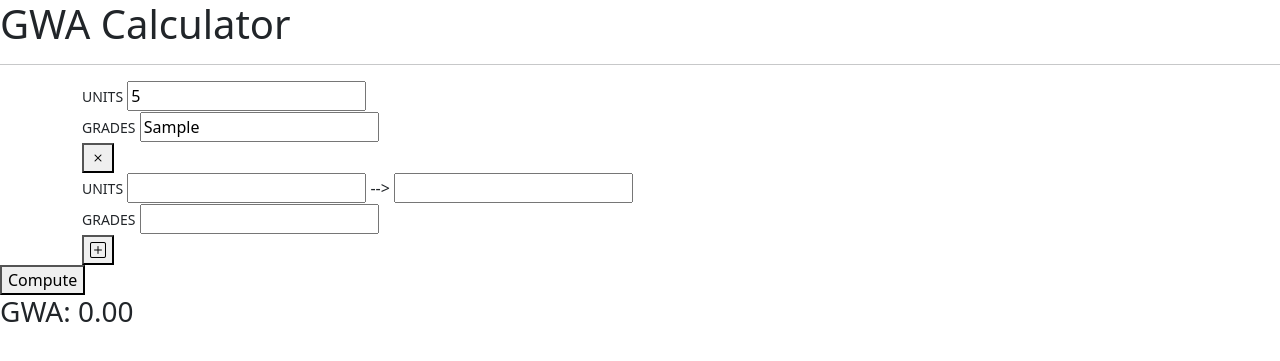
Repository: yonora/GWACalculator
Page: index.html
These files come from the project's save history. The page is drawn as it stood at one moment and after the next save; the edit follows.
The browser window is 1280 px wide. The pictures show the whole page.
Empty fields were first filled with sample values (such as "Sample", 5 or name@example.com).
After loading, the first visible `button.col-auto` was clicked once.

Above is the page before, as saved 2025-01-07 22:23:12.

### index.html
<!DOCTYPE html>
<html lang="en">
<head>
    <meta charset="UTF-8">
    <meta name="viewport" content="width=device-width, initial-scale=1.0">
    <link rel="stylesheet" href="https://cdn.jsdelivr.net/npm/bootstrap@5.3.3/dist/css/bootstrap.min.css">
    <link rel="stylesheet" href="https://cdn.jsdelivr.net/npm/bootstrap-icons@1.11.3/font/bootstrap-icons.min.css">
    <script src="js.js"></script>
    <title>GWA Calculator</title>
</head>
<body>
    <h1>GWA Calculator</h1>
    <hr>
    <div class="container" id="container">
        <div class="grade-container" id="1">
            <div class="col-auto">
                <label class="col-form-label-sm">UNITS</label>
                <!-- <input type="number" class="col-form-control units"  min="1" oninput="getGWA()">  -->
                <input type="number" class="col-form-control units"  min="1">
            </div>
            <div class="col-auto">
                <label class="col-form-label-sm">GRADES</label>
                <!-- <input type="text" class="col-form-control grades" oninput="getGWA()"> -->
                <input type="text" class="col-form-control grades">
            </div>
            <button class="col-auto add" onclick="add()"><i class="bi bi-plus-square"></i></button>
        </div>
    </div>
    <button class="col-auto compute" onclick="getGWA()">Compute</button>
    <h3>GWA: <span id="gwa">0.00</span></h3>
</body>
</html>

### js.js
function add(){
    const container = document.getElementById('container');
    var lastIndex = document.querySelectorAll('.grade-container');
    console.log(`legth: ${lastIndex.length}`);
    lastIndex = lastIndex[lastIndex.length - 1];
    lastIndex = parseFloat(lastIndex.id);
    lastIndex++;
    console.log(`index: ${lastIndex}`);
    container.insertAdjacentHTML(
        'beforeend',
        `<div class="grade-container" id=${lastIndex}>
            <div class="col-auto">
                <label class="col-form-label-sm">UNITS</label>
                <!--><input type="number" class="col-form-control units" min="1" oninput="getGWA()"> -->
                <input type="number" class="col-form-control units" min="1">
            </div>
            <div class="col-auto">
                <label class="col-form-label-sm">GRADES</label>
                <!--<input type="text" class="col-form-control grades" oninput="getGWA()">-->
                <input type="text" class="col-form-control grades">
            </div>
            <button class="col-auto add " onclick="add()"><i class="bi bi-plus-square"></i></button>
        </div>`
    );
    var previousContainer = document.querySelectorAll('.grade-container');
    previousContainer = previousContainer[previousContainer.length - 2];
    console.log(`last index: ${previousContainer.id}`);
    previousContainer.insertAdjacentHTML(
        'beforeend',
        `<button class="col-auto remove" onclick="remove(${previousContainer.id})"><i class="bi bi-x"></i></button>`
    );
    var add = document.querySelectorAll('.add');
    add = add[add.length - 2];
    add.remove();
}

function remove(id){
    var row = document.getElementById(`${id}`)
    row.remove();
    getGWA();
}

function getUnits(units){
    var totalUnits = 0;

    for(let i=0; i<units.length; i++){
        const unit = parseFloat(units[i].value);
        totalUnits += unit;
    }
    return totalUnits;
}


function getGWA(){
    const grades = document.querySelectorAll('.grades');
    const units = document.querySelectorAll('.units');
    const totalUnits = getUnits(units);
    var gwa = 0.00;

    for(let i=0; i<grades.length; i++){
        let unit = parseFloat(units[i].value) || 0;
        let grade = parseFloat(grades[i].value) || 0;
        gwa += (grade * unit) / totalUnits;
        document.getElementById('gwa').innerHTML = gwa.toFixed(2);
    }
}

After the next save:
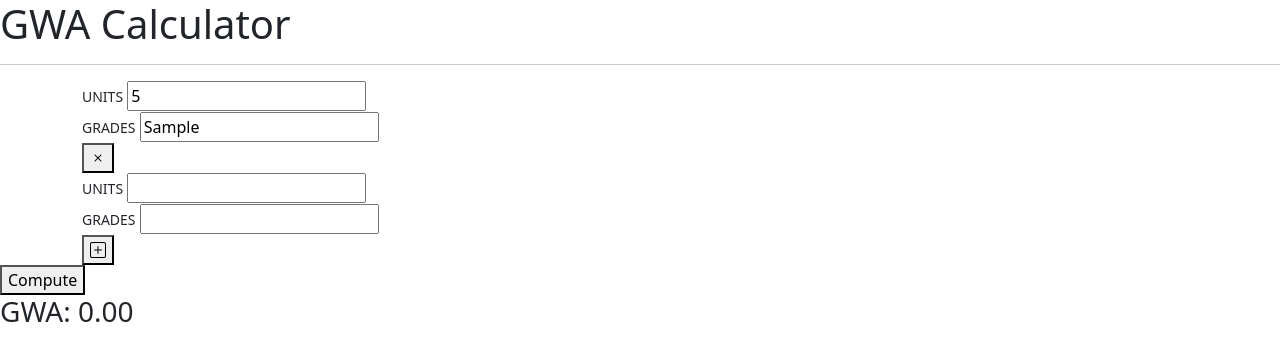
Saved 15 s later.
--- a/js.js
+++ b/js.js
@@ -11,7 +11,7 @@ function add(){
         `<div class="grade-container" id=${lastIndex}>
             <div class="col-auto">
                 <label class="col-form-label-sm">UNITS</label>
-                <!--><input type="number" class="col-form-control units" min="1" oninput="getGWA()"> -->
+                <!--<input type="number" class="col-form-control units" min="1" oninput="getGWA()"> -->
                 <input type="number" class="col-form-control units" min="1">
             </div>
             <div class="col-auto">
